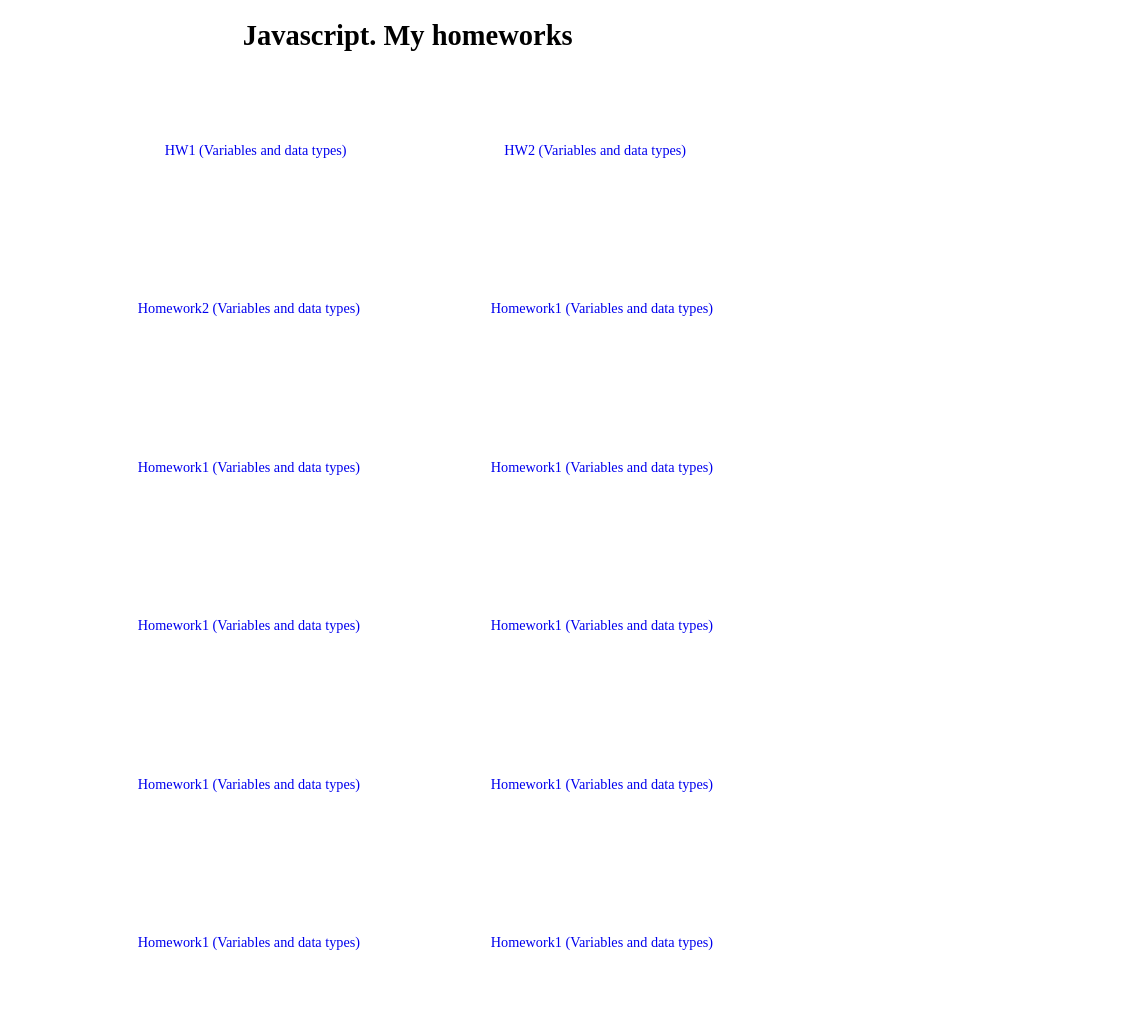
Repository: mariiastetsko/cursor-js-hw
Page: index.html
An editor plug-in stored every save of this project. The page is shown before and after a run of saves, followed by the edit.
The browser window is 1280 px wide. The pictures show the whole page, at 89% of full size.

Above is the page before, as saved 2020-07-22 19:36:17.

After the next 3 saves:
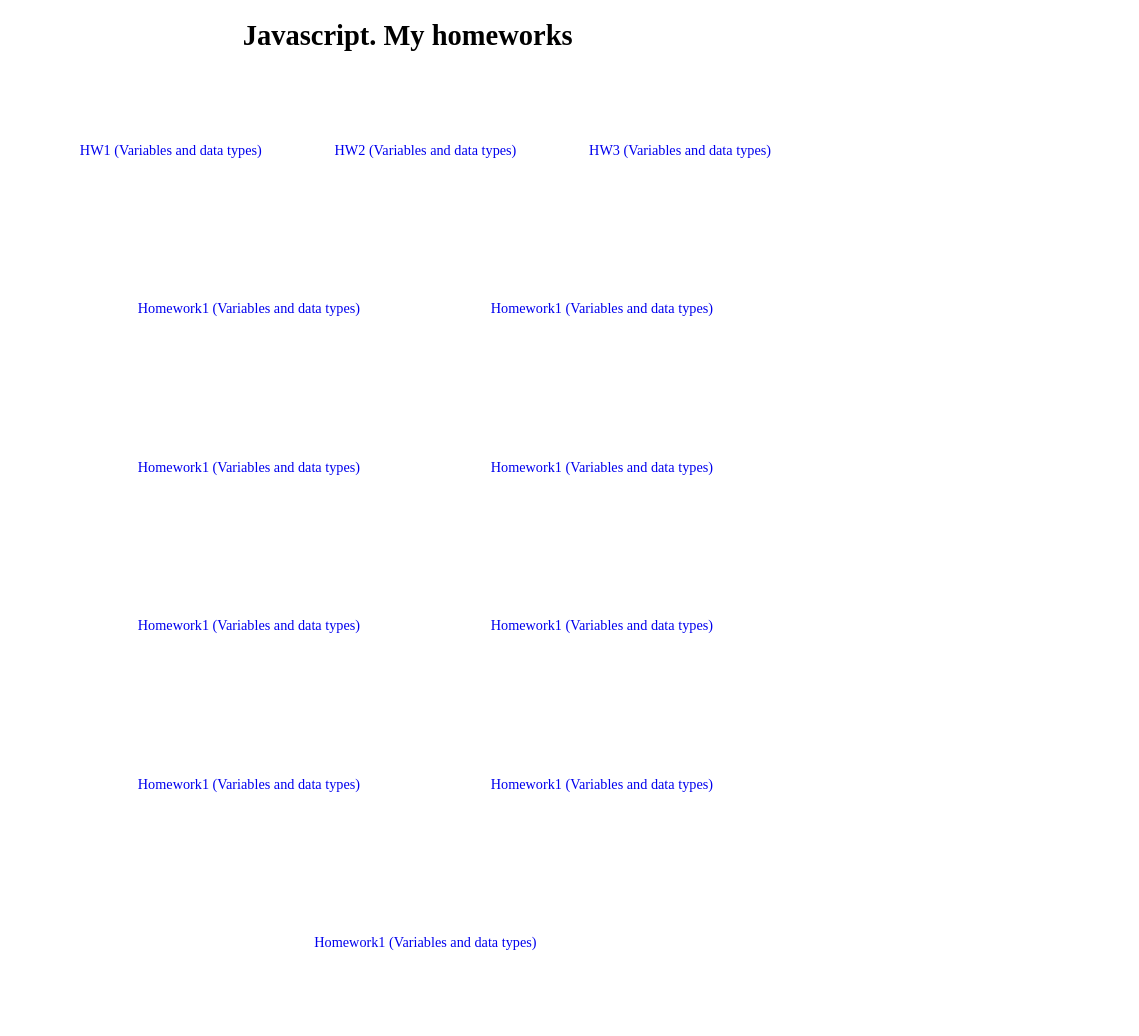
The 3 saves are shown as one change because they came seconds apart.
The last was saved 7 s later.
--- a/index.html
+++ b/index.html
@@ -13,7 +13,7 @@
         <a href="./HW1/index.html">HW1 (Variables and data types)</a>
       </li>
       <li><a href="./HW2/index.html">HW2 (Variables and data types)</a></li>
-      <li><a href="./HW3/index.html">Homework2 (Variables and data types)</a></li>
+      <li><a href="./HW3/index.html">HW3 (Variables and data types)</a></li>
       <li><a href="./HW4/index.html">Homework1 (Variables and data types)</a></li>
       <li><a href="./HW5/index.html">Homework1 (Variables and data types)</a></li>
       <li><a href="./HW6/index.html">Homework1 (Variables and data types)</a></li>
